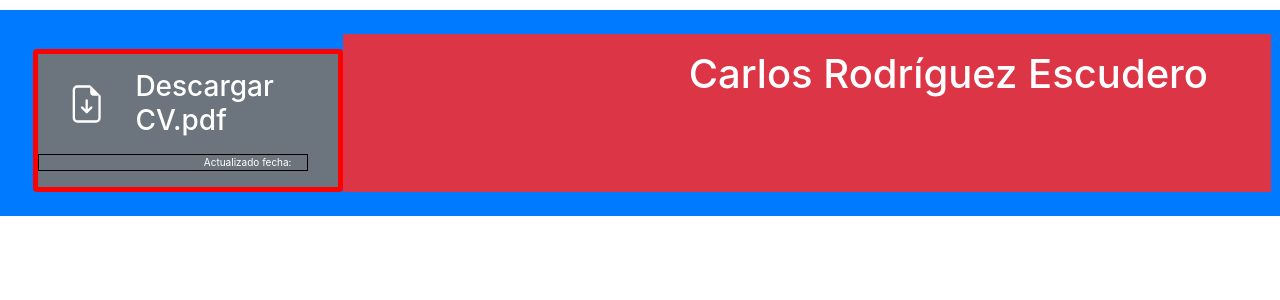
Repository: CarlosRoEs/CarlosWebCV
Page: index.html
These files come from the project's save history. The page is drawn as it stood at one moment and after a run of saves; the edit follows.
The browser window is 1280 px wide. The pictures show the whole page.
The style sheet was rebuilt from its Sass, Less or Tailwind sources for each picture, by a compiler version that may differ from the author's.

Above is the page before, as saved 2020-09-15 13:26:53.

### index.html
<!DOCTYPE html>
<html lang="es">

<head>
    <meta charset="UTF-8">
    <meta name="viewport" content="width=device-width, initial-scale=1.0">
    <title>Document</title>
    <link rel="stylesheet" href="bootstrap/css/bootstrap.min.css">
    <link rel="stylesheet" href="Sass/dist/header.css">
</head>

<body>

    <div class="container-fluid">
        <div class="row">
            <header id="header" class="col-12 bg-primary text-white p-4 pl-5">
                <div class="row d-flex flex-row flex-wrap justify-content-start">
                    <div class="col-3 d-flex flex-row flex-wrap">
                        <div class="row">
                            <a href="#" id="a-header" class="col-12 d-flex flex-row flex-wrap rounded bg-secondary">
                                <svg width="100px" height="100px" viewBox="0 0 16 16"
                                    class="bi bi-file-earmark-arrow-down col-3" fill="white"
                                    xmlns="http://www.w3.org/2000/svg">
                                    <path
                                        d="M4 0h5.5v1H4a1 1 0 0 0-1 1v12a1 1 0 0 0 1 1h8a1 1 0 0 0 1-1V4.5h1V14a2 2 0 0 1-2 2H4a2 2 0 0 1-2-2V2a2 2 0 0 1 2-2z" />
                                    <path d="M9.5 3V0L14 4.5h-3A1.5 1.5 0 0 1 9.5 3z" />
                                    <path fill-rule="evenodd"
                                        d="M8 6a.5.5 0 0 1 .5.5v3.793l1.146-1.147a.5.5 0 0 1 .708.708l-2 2a.5.5 0 0 1-.708 0l-2-2a.5.5 0 1 1 .708-.708L7.5 10.293V6.5A.5.5 0 0 1 8 6z" />
                                </svg>
                                <h3 id="h3-header" class="col-9 mt-3 text-left text-white">Descargar CV.pdf</h3>

                                <div class="row w-100">
                                    <p class="col-12 text-right text-white">Actualizado fecha:</p>
                                </div>
                            </a>
                        </div>
                    </div>
                    <div class="col-9 bg-danger d-flex justify-content-end">
                        <h1 class="mt-3 mr-5 align-items-center">Carlos Rodríguez Escudero</h1>
                    </div>
                </div>
            </header>
        </div>

    </div>

    <script type="text/javascript" src="jquery/jquery-3.5.1.min.js"></script>
    <script type="text/javascript" src="bootstrap/js/bootstrap.min.js"></script>
</body>

</html>

### Sass/header.scss
* {
    margin: 0px;
    padding: 0px;
}

#header {
    margin-top: 10px;
    p {
        border: 1px solid black;
    }

    #a-header {
        margin-top: 15px;
        border: 5px solid red;
        font-size: 10px;
    }
}

Loaded but not shown: bootstrap/css/bootstrap.min.css (library); jquery/jquery-3.5.1.min.js (library); bootstrap/js/bootstrap.min.js (library)

After the next 3 saves:
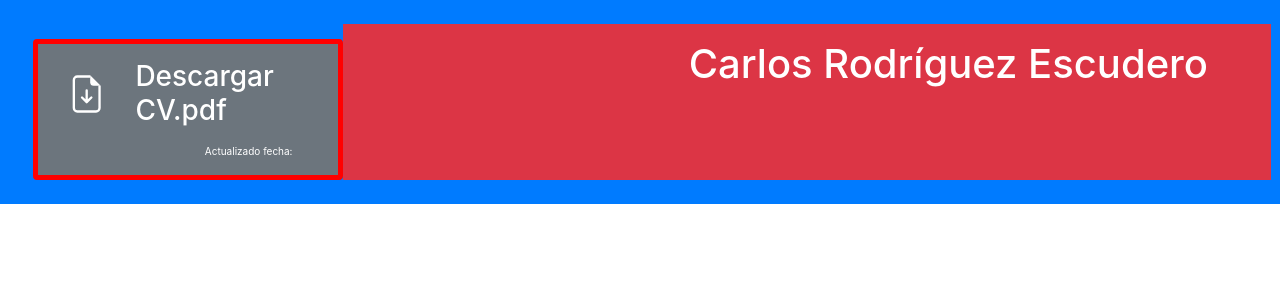
The 3 saves are shown as one change because they came seconds apart.
The last was saved 26 s later.
--- a/Sass/header.scss
+++ b/Sass/header.scss
@@ -4,10 +4,6 @@
 }
 
 #header {
-    margin-top: 10px;
-    p {
-        border: 1px solid black;
-    }
 
     #a-header {
         margin-top: 15px;
